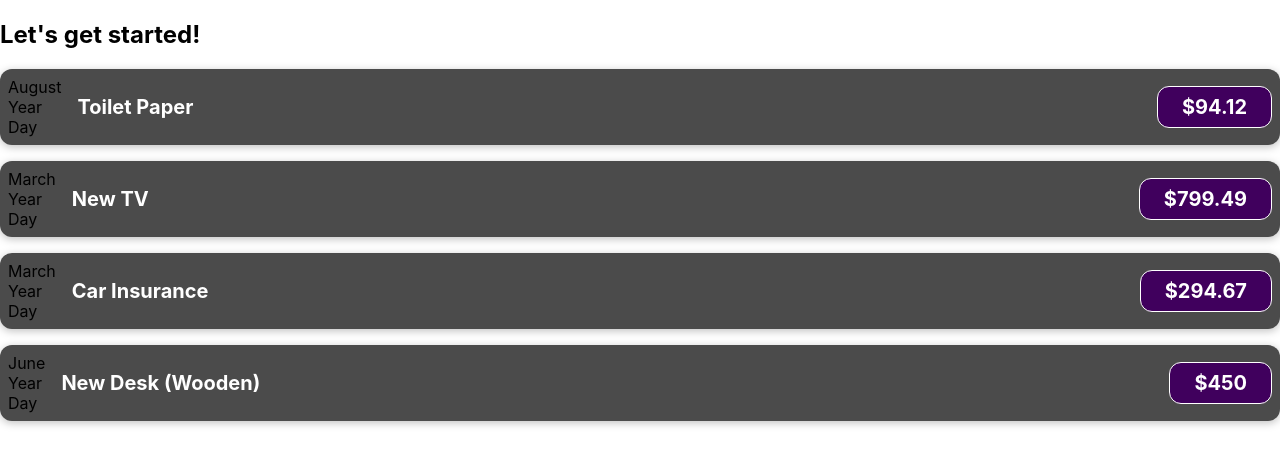
Repository: masamichan/react-complete-guide
Page: /
These files come from the project's save history. The page is drawn as it stood at one moment and after the next save; the edit follows.
The browser window is 1280 px wide. The pictures show the whole page.
The project was rebuilt for these pictures with package versions that can differ from the ones it lists, and the page was loaded fresh each time. Also part of the build but not shown: src/App.css.

Above is the page before, as saved 2023-03-26 10:54:11.

After the next save:
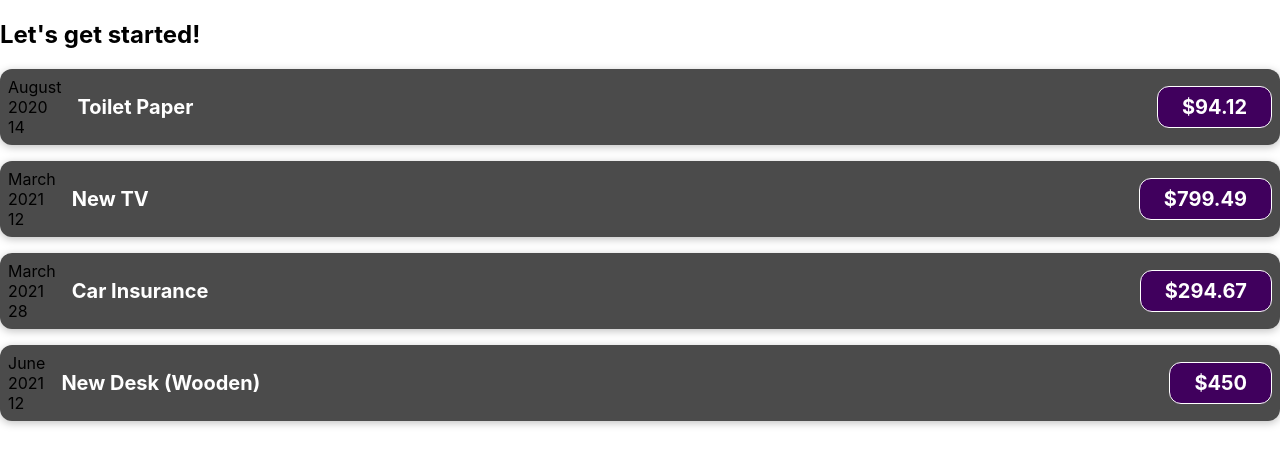
Saved 33 s later.
--- a/src/components/ExpensItem.js
+++ b/src/components/ExpensItem.js
@@ -9,8 +9,8 @@ function ExpenseItem(props) {
     <div className="expense-item">
       <div>
         <div>{month}</div>
-        <div>Year</div>
-        <div>Day</div>
+        <div>{year}</div>
+        <div>{day}</div>
       </div>
       <div className="expense-item__description">
         <h2>{props.title}</h2>
